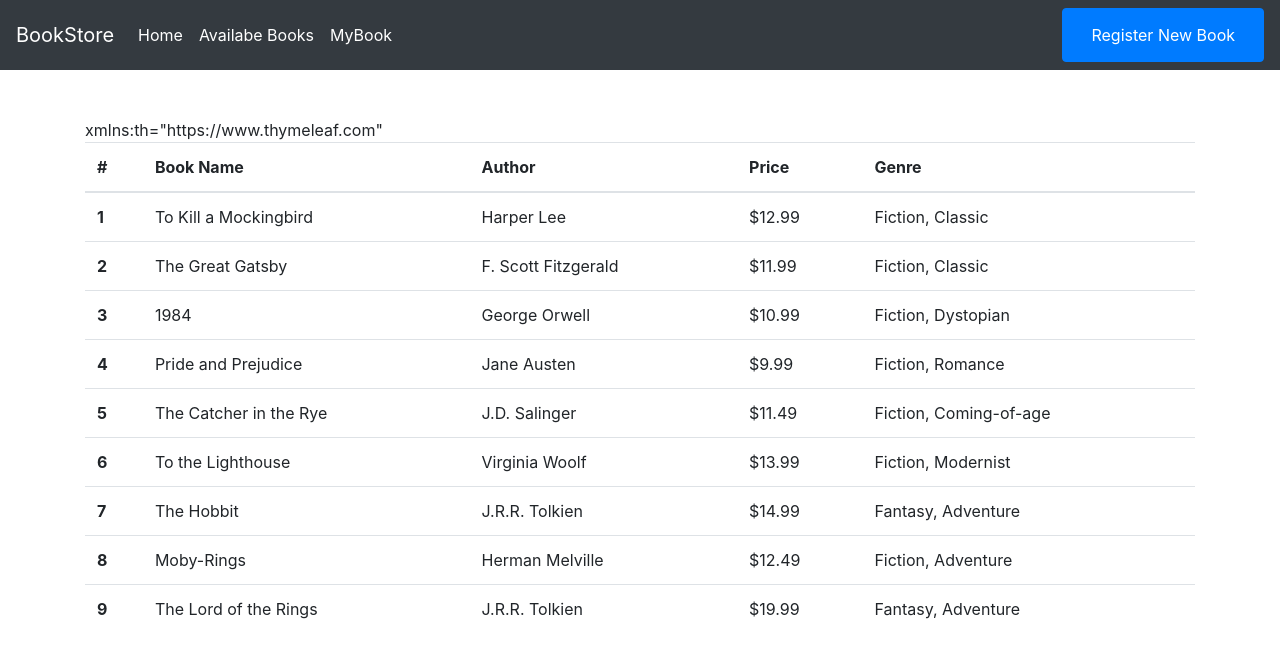
Repository: Sumanta-Sahoo/BookStoreApp
Page: http://localhost/availabeBooks
An editor plug-in stored every save of this project. The page is shown before and after the next save, followed by the edit.
The browser window is 1280 px wide. The pictures show the whole page.
The page is this project's Thymeleaf template; nobody is signed in. The template is opened directly, without the code that normally fills it, so the values that code supplies are empty.

Above is the page before, as saved 2024-03-18 23:08:02.

After the next save:
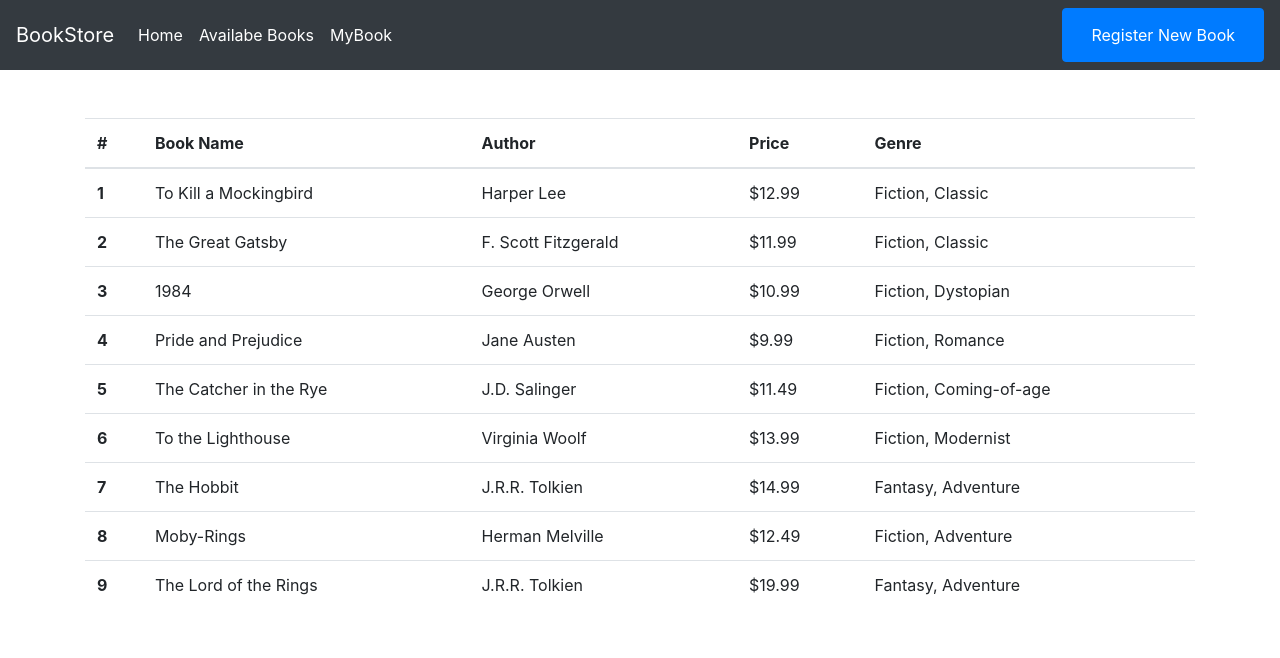
Saved 6 min 21 s later.
--- a/bookstore/src/main/resources/templates/availabeBooks.html
+++ b/bookstore/src/main/resources/templates/availabeBooks.html
@@ -108,7 +108,7 @@
 					<td>Moby-Rings</td>
 					<td>Herman Melville</td>
 					<td>$12.49</td>
-					 xmlns:th="https://www.thymeleaf.com"<td>Fiction, Adventure</td>
+					<td>Fiction, Adventure</td>
 				</tr>
 				<tr>
 					<th scope="row">9</th>
